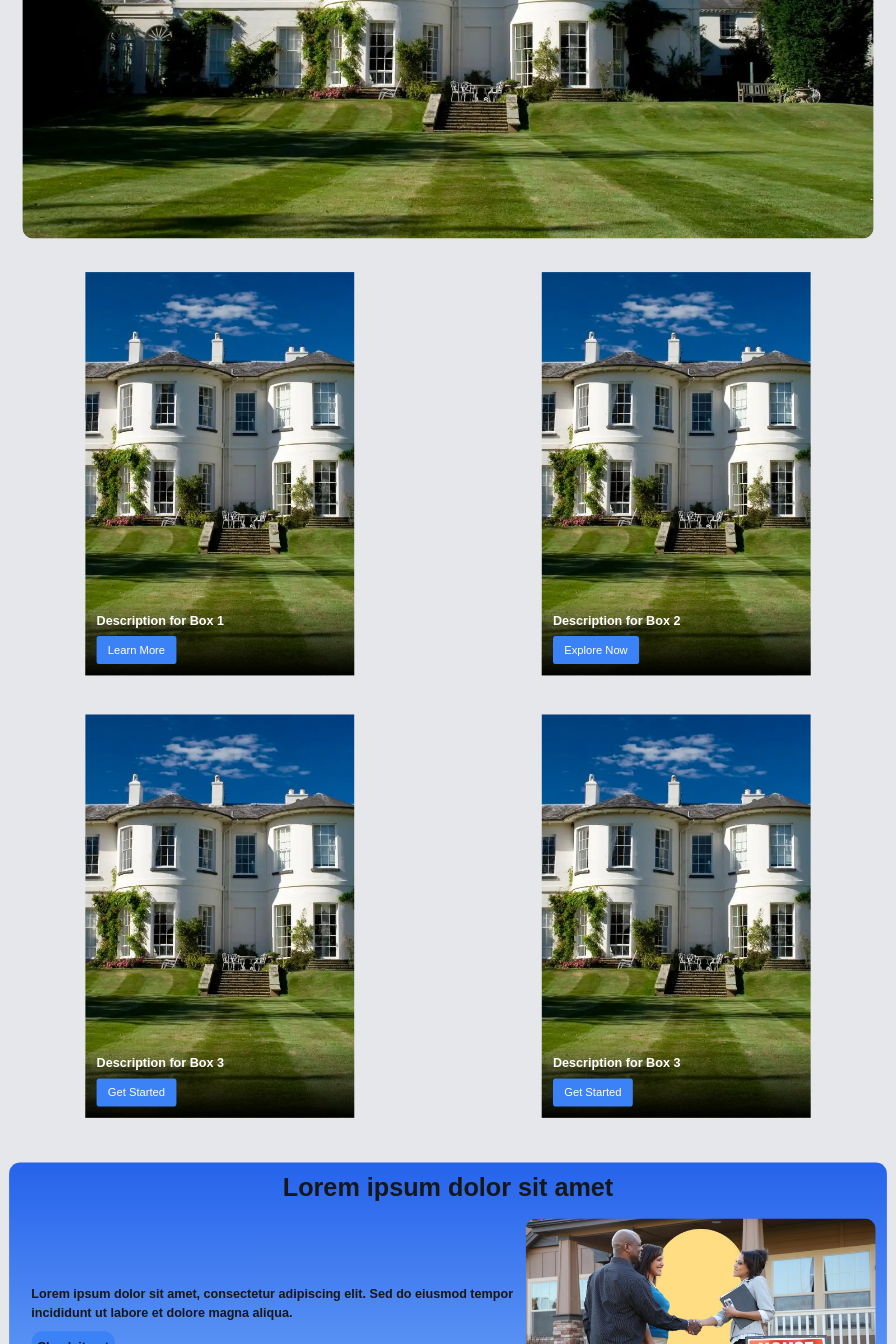
Repository: TMuse333/single-page-real-estate
Page: / (app in frontend/)
These files come from the project's save history. The page is drawn as it stood at one moment and after a run of saves; the edit follows.
The browser window is 1280 px wide. The pictures show the part of the page from y = 1214 to 3134 px (the page is 7256 px tall), at 70% of full size.
The project was rebuilt for these pictures with package versions that can differ from the ones it lists, and the page was loaded fresh each time. The framework's server and built-in components were replaced by stand-ins that run in the browser. Also part of the build but not shown: frontend/next.config.mjs.

Above is the page before, as saved 2024-12-05 16:30:34.

After the next 2 saves:
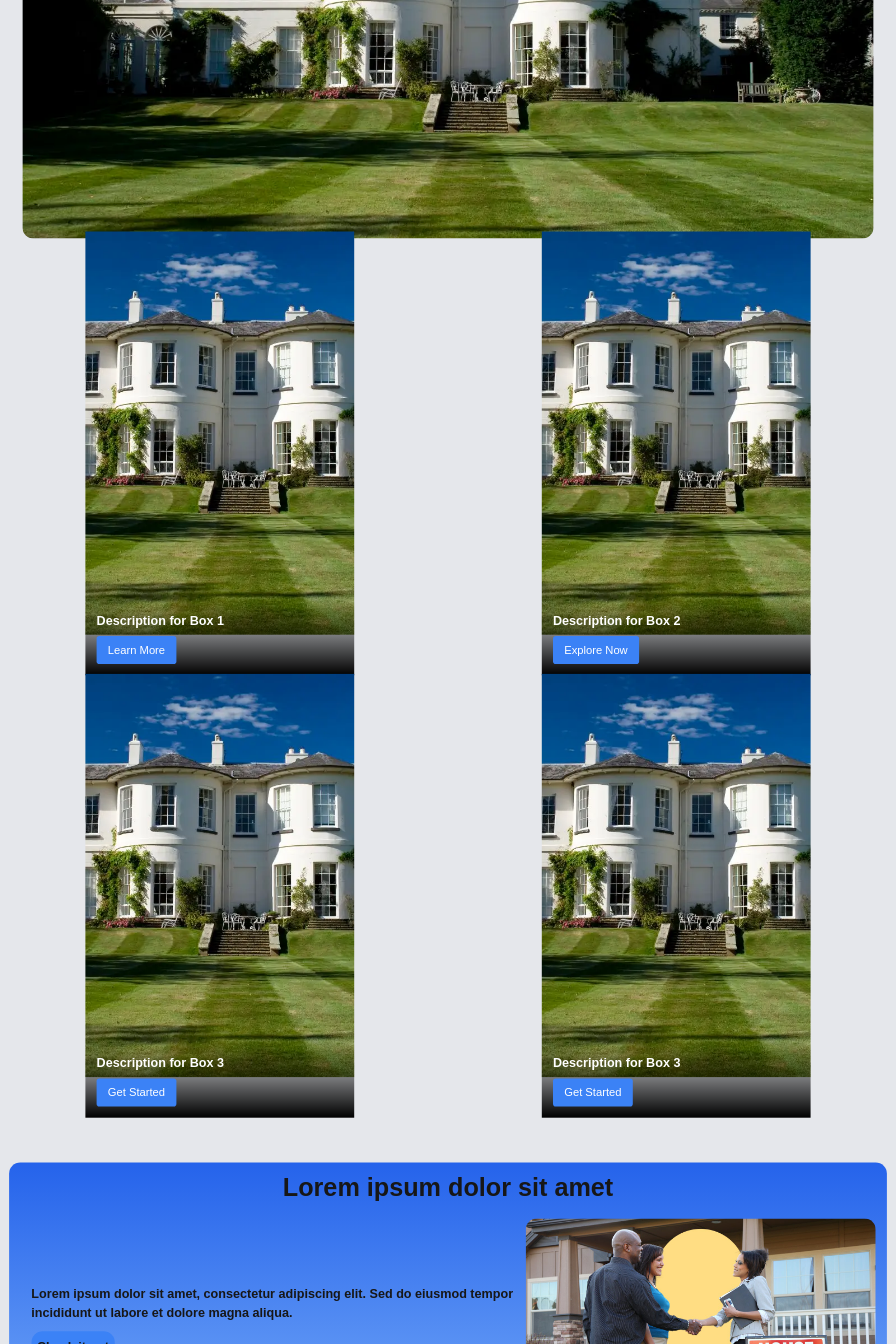
The 2 saves are shown as one change because they came seconds apart.
The last was saved 11 s later.
--- a/frontend/src/components/interactiveDisplayBox/interactiveDisplayBox.tsx
+++ b/frontend/src/components/interactiveDisplayBox/interactiveDisplayBox.tsx
@@ -21,7 +21,7 @@
     h-[80vh]">
      <Image
      className="absolute h-full w-full
-     object-cover "
+     object-cover top-[-10%]"
      src={src}
      alt={alt}
      width={600}

After the save that followed:
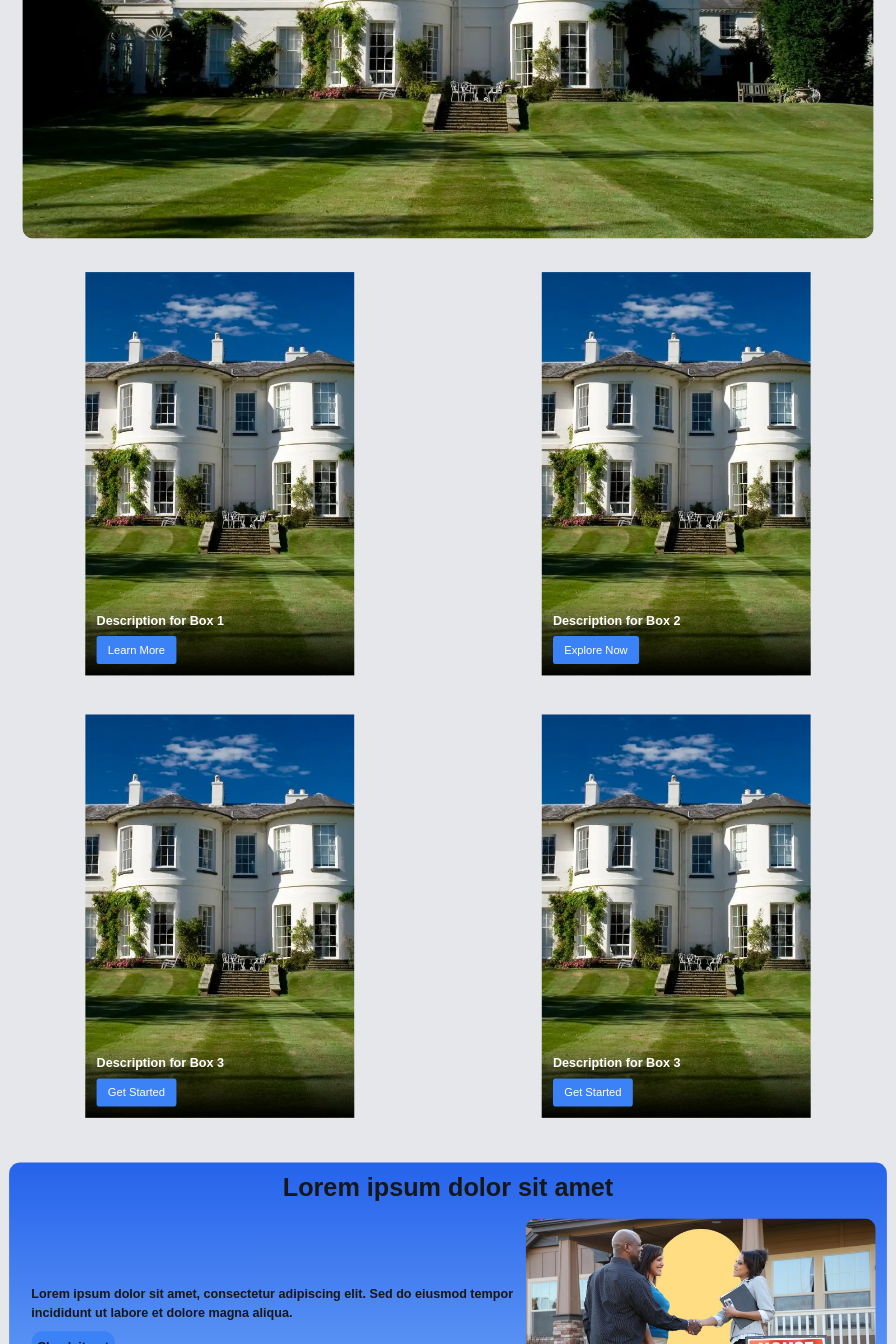
Saved 5 s later.
--- a/frontend/src/components/interactiveDisplayBox/interactiveDisplayBox.tsx
+++ b/frontend/src/components/interactiveDisplayBox/interactiveDisplayBox.tsx
@@ -21,7 +21,7 @@
     h-[80vh]">
      <Image
      className="absolute h-full w-full
-     object-cover top-[-10%]"
+     object-cover "
      src={src}
      alt={alt}
      width={600}
